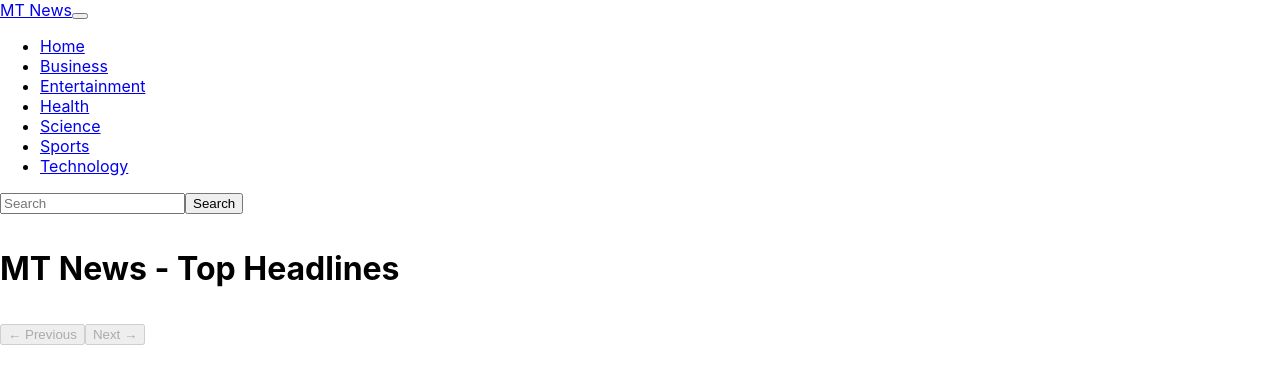
Repository: professorsourabh/news_website_using-ReactJS
Page: /health
These files come from the project's save history. The page is drawn as it stood at one moment and after the next save; the edit follows.
The browser window is 1280 px wide. The pictures show the whole page.
The page's requests for data from a server got no answer. The project was rebuilt for these pictures with package versions that can differ from the ones it lists, and the page was loaded fresh each time. No one was signed in, and anything a server would have sent is missing. Also part of the build but not shown: src/Components/NewsaItem.js.

Above is the page before, as saved 2023-05-26 12:22:16.

### src/index.js
import React from 'react';
import ReactDOM from 'react-dom/client';
import './index.css';
import App from './App';
import reportWebVitals from './reportWebVitals';
import { BrowserRouter , Route, Routes } from 'react-router-dom';
const root = ReactDOM.createRoot(document.getElementById('root'));
root.render(
  <React.StrictMode>

    <App />

  </React.StrictMode>
);

// If you want to start measuring performance in your app, pass a function
// to log results (for example: reportWebVitals(console.log))
// or send to an analytics endpoint. Learn more: https://bit.ly/CRA-vitals
reportWebVitals();

### src/App.js
// App.js
import React, { Component } from 'react';
import { BrowserRouter as Router, Route, Routes } from 'react-router-dom';
import NavBar from './Components/NavBar';
import News from './Components/News';

export default class App extends Component {
  render() {
    return (
      <Router>
        <div>
          <NavBar />

          <Routes>
            <Route path="/" element={<News category="general"/>} />
            <Route path="/business" element={<News category="business" />} />
            <Route path="/news/Entertainment" element={<News category="entertainment" />} />
            <Route path="/health" element={<News category="health" />} />
            <Route path="/science" element={<News category="science" />} />
            <Route path="/sports" element={<News category="sports" />} />
            <Route path="/technology" element={<News category="technology" />} />
          </Routes>
        </div>
      </Router>
    );
  }
}

### src/Components/NavBar.js
// NavBar.js
import React, { Component } from 'react';
import { Link } from 'react-router-dom';

export class NavBar extends Component {
  render() {
    return (
      <div>
        <nav className="navbar navbar-expand-md bg-body-dark bg-dark text-center">
          <div className="container-fluid">
            <Link className="navbar-brand text-light" to="/">
              MT News
            </Link>
            <button
              className="navbar-toggler"
              type="button"
              data-bs-toggle="collapse"
              data-bs-target="#navbarSupportedContent"
              aria-controls="navbarSupportedContent"
              aria-expanded="false"
              aria-label="Toggle navigation"
            >
              <span className="navbar-toggler-icon"></span>
            </button>

            <div className="collapse navbar-collapse" id="navbarSupportedContent">
              <ul className="navbar-nav me-auto mb-2 mb-lg-0">
                <li className="nav-item">
                  <Link className="nav-link text-light" to="/">
                    Home
                  </Link>
                </li>

                <li className="nav-item">
                  <Link className="nav-link text-light" to="/business">
                    Business
                  </Link>
                </li>
                <li className="nav-item">
                  <Link className="nav-link text-light" to="/news/Entertainment">
                    Entertainment
                  </Link>
                </li>
                <li className="nav-item">
                  <Link className="nav-link text-light" to="/health">
                    Health
                  </Link>
                </li>
                <li className="nav-item">
                  <Link className="nav-link text-light" to="/science">
                    Science
                  </Link>
                </li>
                <li className="nav-item">
                  <Link className="nav-link text-light" to="/sports">
                    Sports
                  </Link>
                </li>
                <li className="nav-item">
                  <Link className="nav-link text-light" to="/technology">
                    Technology
                  </Link>
                </li>
              </ul>

              <form className="d-flex" role="search">
                <input className="form-control me-2" type="search" placeholder="Search" aria-label="Search" />
                <button className="btn btn-outline-success" type="submit">
                  Search
                </button>
              </form>
            </div>
          </div>
        </nav>
      </div>
    );
  }
}

export default NavBar;

### src/Components/News.js
// News.js
import React, { Component } from 'react';
import NewsaItem from './NewsaItem';
import Spinner from './Spinner';
import PropTypes from 'prop-types';

export class News extends Component {
  static defaultProps = {
    country: 'in',
    category: 'general',
  };

  static propTypes = {
    country: PropTypes.string,
    category: PropTypes.string,
  };

  constructor(props) {
    super(props);
    this.state = {
      articles: [],
      loading: false,
      page:1
    };
  }

  async componentDidMount() {
    await this.fetchArticles();
  }
  handlePrevious= async () => {
    const { country, category } = this.props;
    const apiKey = '6de024851937497c9017d3f0f0e104a4'; // Replace with your NewsAPI API key
    try {
      this.setState({ loading: true ,
      page:this.state.page+1});
      const url = `https://newsapi.org/v2/top-headlines?country=${country}&category=${category}&apiKey=${apiKey}&page=${this.state.page-1}`;
      const response = await fetch(url);
      const data = await response.json();
      this.setState({ articles: data.articles, loading: false });
    } catch (error) {
      console.error('Error fetching articles:', error);
      this.setState({ loading: false });
    }
  }
  handleNext= async () => {
    const { country, category } = this.props;
    const apiKey = '6de024851937497c9017d3f0f0e104a4'; // Replace with your NewsAPI API key
    try {
      this.setState({ loading: true ,
      page:this.state.page+1});
      const url = `https://newsapi.org/v2/top-headlines?country=${country}&category=${category}&apiKey=${apiKey}&page=${this.state.page+1}`;
      const response = await fetch(url);
      const data = await response.json();
      this.setState({ articles: data.articles, loading: false });
    } catch (error) {
      console.error('Error fetching articles:', error);
      this.setState({ loading: false });
    }
  }

  async componentDidUpdate(prevProps) {
    if (prevProps.category !== this.props.category) {
      await this.fetchArticles();
    }
  }

  fetchArticles = async () => {
    const { country, category } = this.props;
    const apiKey = '6de024851937497c9017d3f0f0e104a4'; // Replace with your NewsAPI API key
    const page=1;
    try {
      this.setState({ loading: true });
      const url = `https://newsapi.org/v2/top-headlines?country=${country}&category=${category}&apiKey=${apiKey}`;
      const response = await fetch(url);
      const data = await response.json();
      this.setState({ articles: data.articles, loading: false });
    } catch (error) {
      console.error('Error fetching articles:', error);
      this.setState({ loading: false });
    }
  };

  render() {
    const { articles, loading } = this.state;

    return (
      <div className="container my-3">
        <h1 className="text-center" style={{ margin: '35px 0px' }}>
          MT News - Top Headlines
        </h1>

        {loading ? (
          <Spinner />
        ) : (
          <div className="row">
            {articles.map((article) => (
              <div className="col-md-4" key={article.url}>
                <NewsaItem
                  title={article.title ? article.title : ''}
                  description={article.description ? article.description.slice(0, 88) : ''}
                  imageUrl={
                    article.urlToImage ||
                    'https://img.etimg.com/thumb/msid-100188906,width-1070,height-580,imgsize-113958,overlay-etmarkets/photo.jpg'
                  }
                  newsUrl={article.url}
                />
              </div>
            ))}
          </div>

        )}
        <div className="container d-flex justify-content-between">
            <button disabled={this.state.page<=1} type="button" className="btn btn-primary" onClick={this.handlePrevious}>&larr; Previous</button>
            <button disabled={this.state.page<=1} type="button" className="btn btn-primary" onClick={this.handleNext}>Next &rarr;</button>
            </div>
      </div>
    );
  }
}

export default News;

### src/Components/Spinner.js
import React, { Component } from 'react'
import loading from './loading.gif'
export class Spinner extends Component {
  render() {
    return (
      <div className='d-flex justify-content-center text-center align-items-center'>
        <img src={loading} alt="loading"/>
      </div>
    )
  }
}

export default Spinner

Loaded but not shown: src/index.css (common file); src/reportWebVitals.js (common file)

After the next save:
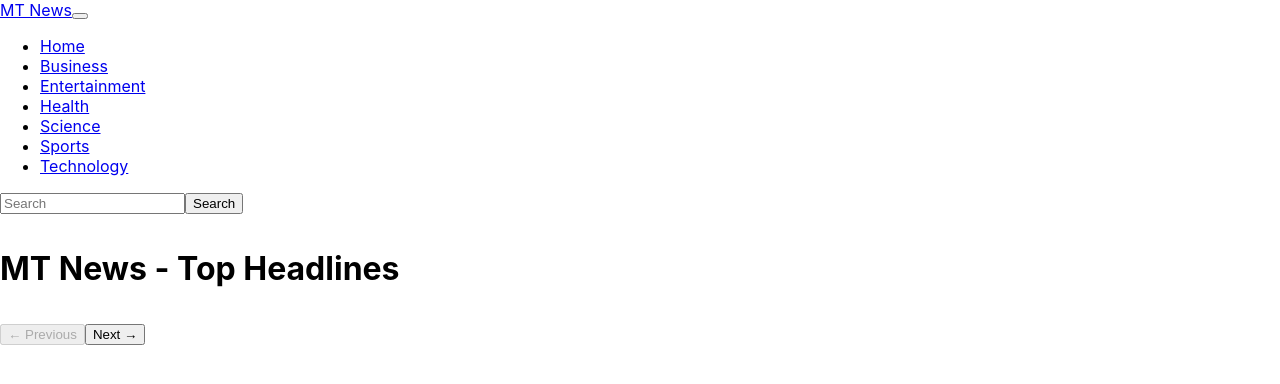
Saved 11 s later.
--- a/src/Components/News.js
+++ b/src/Components/News.js
@@ -111,7 +111,7 @@ export class News extends Component {
         )}
         <div className="container d-flex justify-content-between">
             <button disabled={this.state.page<=1} type="button" className="btn btn-primary" onClick={this.handlePrevious}>&larr; Previous</button>
-            <button disabled={this.state.page<=1} type="button" className="btn btn-primary" onClick={this.handleNext}>Next &rarr;</button>
+            <button  type="button" className="btn btn-primary" onClick={this.handleNext}>Next &rarr;</button>
             </div>
       </div>
     );
